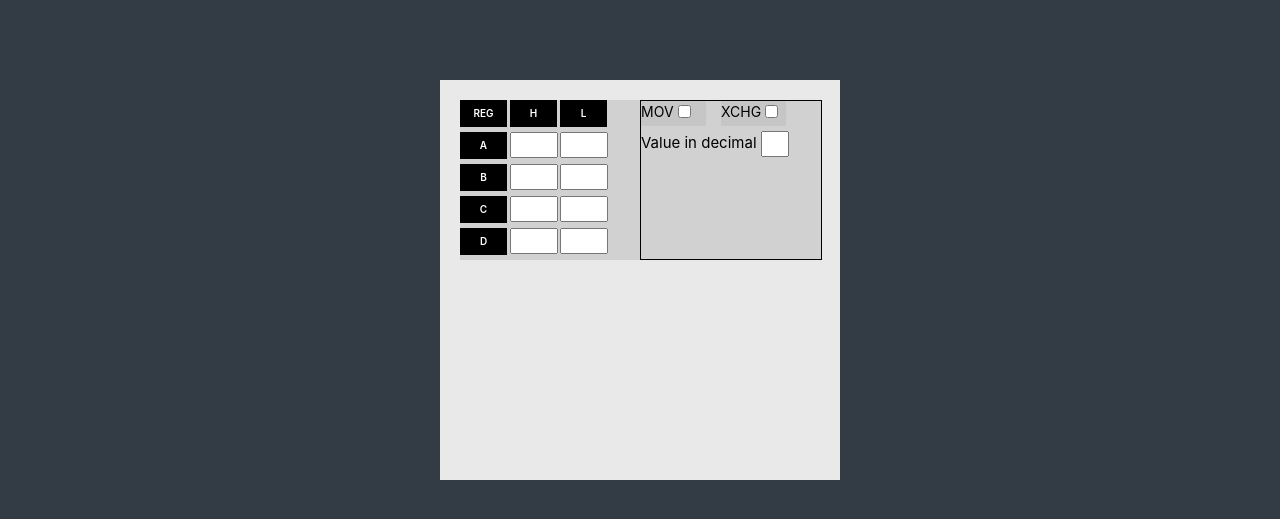
Repository: piookr-wsei/8086
Page: /
These files come from the project's save history. The page is drawn as it stood at one moment and after a run of saves; the edit follows.
The browser window is 1280 px wide. The pictures show the whole page.
The project was rebuilt for these pictures with package versions that can differ from the ones it lists, and the page was loaded fresh each time.

Above is the page before, as saved 2022-06-18 21:23:54.

### src/App.js
import React from 'react';
import { useState } from 'react';
import './App.css';
import { RegDesc, RegInput, RegWrapper, UiWindow, UiWrapper, SettingsWrapper, Labels, CheckWrapper, OpBox, LineWrap, NumDesc } from './Components/Components.elements';


function App() {

  const xchg="xchg";
  const mov="mov"

  const [movChecked, setMovChecked] = useState(false);

  const [xchgChecked, setXchgChecked] = useState(false);

  const [opChosen,setOpChosen] = useState(null)

  function HandleCheck(name){
    if(name=="mov"){
      setMovChecked(!movChecked)
      setXchgChecked(false)
    }
    else if(name=="xchg"){
      setXchgChecked(!xchgChecked)
      setMovChecked(false)

    }
    setOpChosen(name)
  }

function OpChange(){
  return(
    <>
    <Labels>
      <CheckWrapper>
        MOV
        <OpBox type="checkbox"  checked={movChecked} onClick={() => HandleCheck(mov)} id="MOV"/>
      </CheckWrapper>
      <CheckWrapper>
        XCHG
        <OpBox type="checkbox" checked={xchgChecked} onChange={() => HandleCheck(xchg)} id="XCHG" name="XCHG"/>
      </CheckWrapper>
    </Labels>
    </>
    )
  }







  return (
    <div className="App">
      <UiWindow>
        <UiWrapper>
          <RegWrapper>
            <RegDesc textContent={"REG"}/>  <RegDesc textContent={"H"}/>  <RegDesc textContent={"L"}/>

            <RegDesc textContent={"A"}/>  <RegInput maxLength={2}/> <RegInput maxLength={2}/>
            <RegDesc textContent={"B"}/>  <RegInput maxLength={2}/> <RegInput maxLength={2}/>
            <RegDesc textContent={"C"} />  <RegInput maxLength={2}/> <RegInput maxLength={2}/>
            <RegDesc textContent={"D"}/>  <RegInput maxLength={2}/> <RegInput maxLength={2}/>
          </RegWrapper>

          <SettingsWrapper>

              <OpChange/>

              <LineWrap>
              <NumDesc textContent={"Value in decimal"}/>  <RegInput maxLength={2} style={{width:"20px"}}/>
              </LineWrap>
          </SettingsWrapper>



        </UiWrapper>
      </UiWindow>

    </div>
  );
}

export default App;

### src/App.css
body{
  height: 100%;
  background: rgba(1, 10, 22, 0.8);
}
.App {

}

.App-logo {
  height: 40vmin;
  pointer-events: none;
}

@media (prefers-reduced-motion: no-preference) {
  .App-logo {
    animation: App-logo-spin infinite 20s linear;
  }
}

.App-header {
  background-color: #282c34;
  min-height: 100vh;
  display: flex;
  flex-direction: column;
  align-items: center;
  justify-content: center;
  font-size: calc(10px + 2vmin);
  color: white;
}

.App-link {
  color: #61dafb;
}

@keyframes App-logo-spin {
  from {
    transform: rotate(0deg);
  }
  to {
    transform: rotate(360deg);
  }
}

### src/Components/Components.elements.js
import styled from "styled-components";

export const UiWindow = styled.div`
    height: 400px;
    width: 400px;
    background: rgb(233,233,233);
    position: relative;
    margin: auto;
    top: 80px;
`

export const UiWrapper = styled.div`
    border: 20px solid transparent;
    display: grid;
    grid-template-columns: 1fr 1fr;
`

export const RegWrapper = styled.div`
    width: 180px;
    background: rgba(0,0,0,0.1);
    position: relative;
    left: 0;
    display: grid;
    grid-template-columns: 50px 50px 50px;
`

export const RegInput = styled.input`
    height: 20px;
    width: 40px;
    margin-bottom:5px;
    text-align: center;
`

export const SettingsWrapper = styled.div`
    width: 180px;
    background: rgba(0,0,0,0.1);
    position: relative;
    right: 0;
    display: grid;
    grid-template-columns: 180px;
    border: solid 1px black;
    font-size: 14px;
    line-height: 22px;
    grid-template-rows: repeat(auto-fit,30px);

`

export const RegDescSC = styled.div`
    height: 27px;
    width: 47px;
    background: black;
    margin-bottom:5px;
    color: white;
    font-weight: 600;
`

export const DescText = styled.p`
    font-size: 10px;
    text-align: center;
    position: relative;
    top: -3px;
`

export function RegDesc(props){
    return(
        <RegDescSC>
            <DescText>{props.textContent}</DescText>
        </RegDescSC>
    )
}

export const Labels = styled.div`
    display: grid;
    grid-template-columns: 80px 80px;
`

export const CheckWrapper = styled.div`
    background: rgba(0,0,0,0.05);
    width: 65px;
    height: 25px;
`

export const OpBox = styled.input`
    vertical-align: "middle";
    position: relative;
    top: 1px;
`

export const LineWrap = styled.div`
    width: 180px;
    display: flex;
    align-items: center;
`

export const NumSC = styled.div`
    width: 120px;
    text-align: left !important;
`

export function NumDesc(props){
    return(
        <NumSC>
            <DescText style={{textAlign: "left", fontSize:"15px"}}>{props.textContent}</DescText>
        </NumSC>
    )
}

Loaded but not shown: public/index.html (common file); src/index.js (common file); src/index.css (common file); src/reportWebVitals.js (common file)

After the next 2 saves:
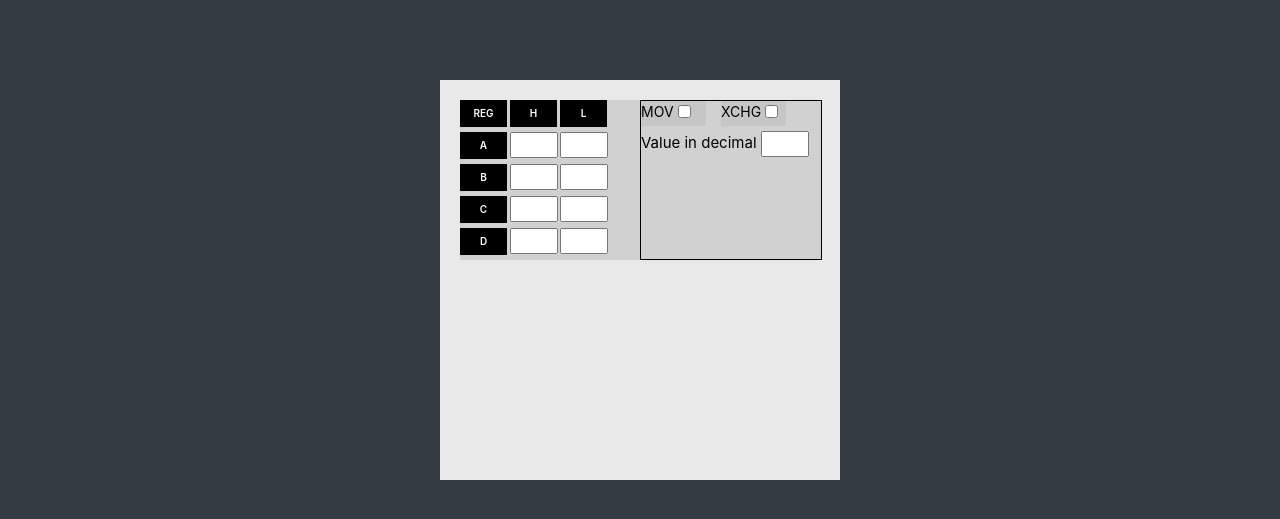
The 2 saves are shown as one change because they came seconds apart.
The last was saved 6 s later.
--- a/src/App.js
+++ b/src/App.js
@@ -69,7 +69,7 @@ function OpChange(){
               <OpChange/>
 
               <LineWrap>
-              <NumDesc textContent={"Value in decimal"}/>  <RegInput maxLength={2} style={{width:"20px"}}/>
+              <NumDesc textContent={"Value in decimal"}/>  <RegInput maxLength={2} style={{width:"40px"}}/>
               </LineWrap>
           </SettingsWrapper>
 
